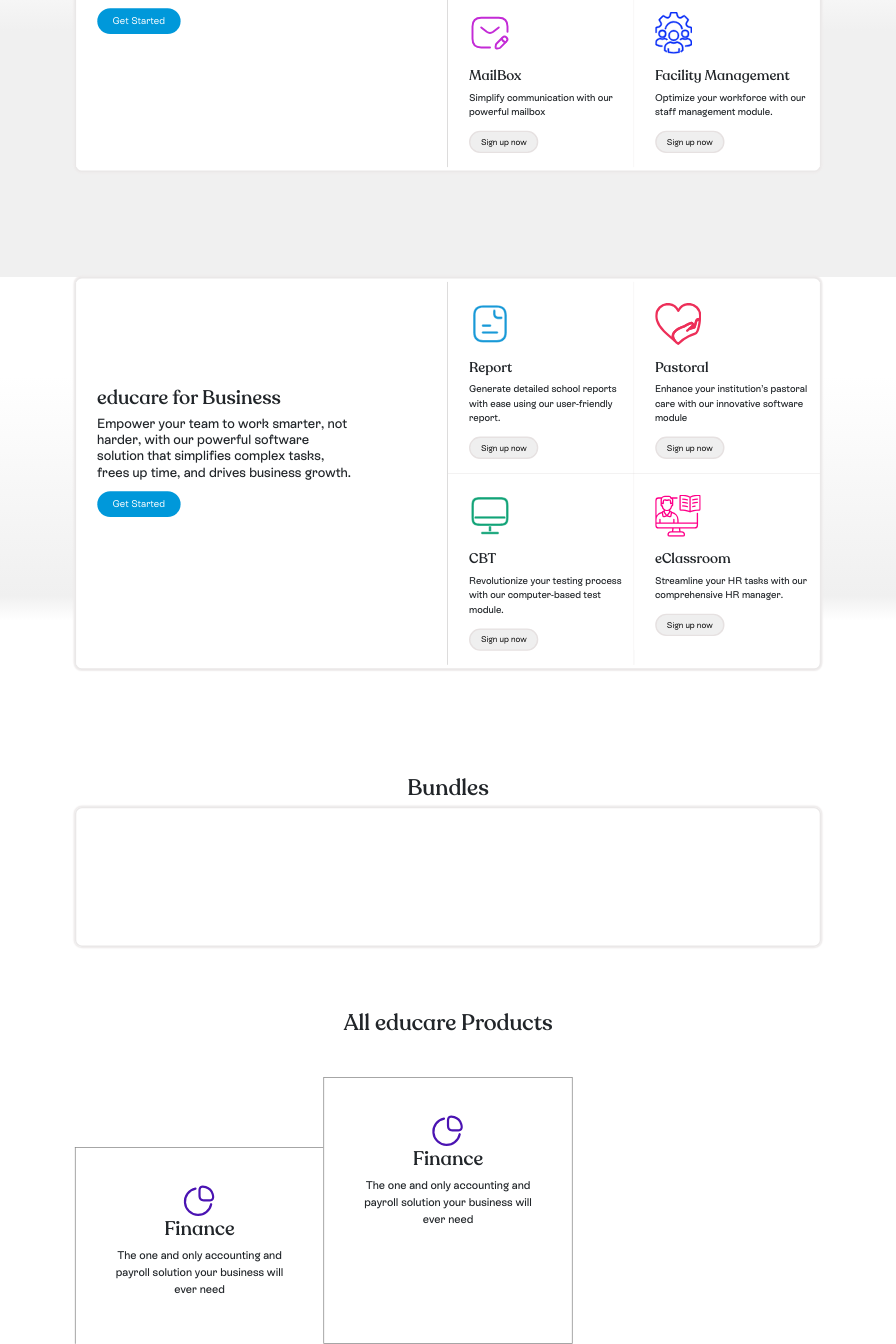
Repository: sarahnnanyelugo/educare-web
Page: /
These files come from the project's save history. The page is drawn as it stood at one moment and after the next save; the edit follows.
The browser window is 1280 px wide. The pictures show the part of the page from y = 1494 to 3414 px (the page is 3414 px tall), at 70% of full size.
The project was rebuilt for these pictures with package versions that can differ from the ones it lists, and the page was loaded fresh each time.

Above is the page before, as saved 2023-04-05 10:18:57.

### src/App.jsx
import React from "react";
import logo from "./logo.svg";
import "./App.scss";
import "bootstrap/dist/css/bootstrap.min.css";
import { BrowserRouter, Routes, Route, Link, Outlet } from "react-router-dom";
import NavBar from "./components/NavBar/NavBar";
import { Home } from "./pages/Home/Home";

function App() {
  return (
    <>
      {" "}
      <NavBar />
      <Routes>
        <Route path="/" element={<Home />} />
      </Routes>
    </>
  );
}

export default App;

### src/App.scss
@font-face {
  font-family: rebondG;
  src: url(./assets/fonts/Rebond_font/RebondG.otf);
}
@font-face {
  font-family: rebondG-Bold;
  src: url(./assets/fonts/Rebond_font/RebondG-Bold.otf);
}
@font-face {
  font-family: rebondG-Medium;
  src: url(./assets/fonts/Rebond_font/RebondGrotesqueMedium.otf);
}

@font-face {
  font-family: recoMedium;
  src: url(./assets/fonts/Recoleto-font/RecoletaAlt-Medium.ttf);
}

h1,
h2,
h3,
h4,
h5,
h6 {
  font-family: recoMedium;
}
p {
  font-family: rebondG-Medium;
}
@media screen and (min-width: 620px) {
  .flexy {
    display: flex;
  }
}

### src/components/NavBar/NavBar.tsx
import React from "react";
import Logo from "../../assets/images/educare-logo.png";
import { Link, NavLink } from "react-router-dom";
import "./_navbar.scss";

function NavBar() {
  return (
    <div className="navbar-container">
      <div className="logo-holder  ">
        {" "}
        <Link to={"/"}>
          {" "}
          <img className="   logo" src={Logo} alt="Scholar" />
        </Link>
      </div>
      <ul className=" list-inline list-unstyled nav-links-container">
        <li className="list-inline-item">
          <NavLink to={""} className="nav-links">
            Solutions{" "}
            <span>
              <i className="icofont-curved-down"></i>
            </span>
          </NavLink>
        </li>{" "}
        <li className="list-inline-item">
          <NavLink to={""} className="nav-links">
            Resources
          </NavLink>
        </li>{" "}
        <li className="list-inline-item">
          <NavLink to={""} className="nav-links">
            Pricing
          </NavLink>
        </li>{" "}
        <li className="list-inline-item">
          <NavLink to={""} className="nav-links">
            Support
          </NavLink>
        </li>
      </ul>
      <div className="nav-buttons">
        <button className="sign-in-button">Log in</button>
        <button className="get-started-button">Get Started</button>
      </div>
    </div>
  );
}

export default NavBar;

### src/pages/Home/Home.tsx
import React from "react";
import { RandomComponent } from "./RandomComponent/RandomComponent";
import "./_home.scss";
import RedIcon from "../../assets/images/red-dots.svg";
import BlueIcon from "../../assets/images/blue-dots.svg";
import YellowIcon from "../../assets/images/yellow-dots.svg";
import HalfCircle from "../../assets/images/half-circle.svg";
import People from "../../assets/images/people.svg";
import Mail from "../../assets/images/edit.svg";
import People2 from "../../assets/images/people2.svg";
import Pastoral from "../../assets/images/pastoral.svg";
import Chart from "../../assets/images/chart.svg";
import Screen from "../../assets/images/screen.svg";
import Classroom from "../../assets/images/read-book.svg";
import Features from "./Features/Features";
import EducareProducts from "./EducareProducts/EducareProducts";

export const Home = () => {
  return (
    <>
      <div className="col-md-12 modern-solutions-container">
        <center>
          <div className="col-md-6">
            <h1>Modern solution for your Business</h1>
            <p>
              Unlock Your Business’s Potential with Cutting-Edge Software
              Solutions Designed to Streamline Operations, Optimize Performance,
              and Drive Growth.
            </p>
            <button className="gs-button">Get started</button>
            <button className="request-button">Request for a demo</button>
          </div>
        </center>
      </div>
      <div className="col-md-12 actions-container">
        <div className="col-md-4">
          <div className="col-md-9">
            {" "}
            <RandomComponent
              title="Pick your tools"
              icon={RedIcon}
              paragraph=" Unlock Your Business Potential with Cutting-Edge Software  Solutions Designed to Streamline"
            />
          </div>
        </div>
        <div className="col-md-4">
          <div className="col-md-9">
            {" "}
            <RandomComponent
              title="work smart not hard"
              icon={YellowIcon}
              paragraph="Choose from our wide range of tools and select the ones that best fit Your business’s unique needs and goals.”"
            />
          </div>
        </div>
        <div className="col-md-4">
          <div className="col-md-9">
            {" "}
            <RandomComponent
              title="We’ve got your back"
              icon={BlueIcon}
              paragraph="You can count on our support and expertise every step of the way, so you can focus on your business’s growth and success."
            />
          </div>
        </div>
      </div>
      <div className="features-heading">
        <center>
          <h1>Featured Products</h1>
        </center>
      </div>
      <div
        className="col-md-12  flexy features-holder"
        style={{ paddingBottom: "150px" }}
      >
        <div className="col-md-1">&nbsp;</div>
        <div className="col-md-10  features-container flexy">
          <div className="col-md-6 first-container">
            <h3>educare for Business</h3>
            <p>
              Empower your team to work smarter, not harder, with our powerful
              software solution that simplifies complex tasks, frees up time,
              and drives business growth.
            </p>
            <button>Get Started</button>
          </div>
          <div className="col-md-6">
            <div className="col-md-12 flexy">
              {" "}
              <div className="col-md-6 right-features">
                <Features
                  feature="Finance"
                  detail="The one and only accounting and payroll solution your business will ever need"
                  icon={HalfCircle}
                />{" "}
              </div>{" "}
              <div className="col-md-6">
                <Features
                  feature="HR Manager"
                  detail="The one and only accounting and payroll solution your business will ever need"
                  icon={People2}
                />{" "}
              </div>
            </div>
            <div className="col-md-12 flexy second-grid">
              {" "}
              <div className="col-md-6 right-features">
                <Features
                  feature="MailBox"
                  detail="Simplify communication with our powerful mailbox"
                  icon={Mail}
                />{" "}
              </div>{" "}
              <div className="col-md-6">
                <Features
                  feature="Facility Management"
                  detail="Optimize your workforce with our staff management module."
                  icon={People}
                />{" "}
              </div>
            </div>
          </div>
        </div>
      </div>{" "}
      <div className="col-md-12  flexy features-holder2">
        <div className="col-md-1">&nbsp;</div>
        <div className="col-md-10  features-container flexy ">
          <div className="col-md-6 first-container">
            <h3>educare for Business</h3>
            <p>
              Empower your team to work smarter, not harder, with our powerful
              software solution that simplifies complex tasks, frees up time,
              and drives business growth.
            </p>
            <button>Get Started</button>
          </div>
          <div className="col-md-6">
            <div className="col-md-12 flexy">
              {" "}
              <div className="col-md-6 right-features">
                <Features
                  feature="Report"
                  detail="Generate detailed school reports with ease using our user-friendly report."
                  icon={Chart}
                />{" "}
              </div>{" "}
              <div className="col-md-6">
                <Features
                  feature="Pastoral"
                  detail="Enhance your institution’s pastoral care with our innovative software module"
                  icon={Pastoral}
                />{" "}
              </div>
            </div>
            <div className="col-md-12 flexy second-grid">
              {" "}
              <div className="col-md-6 right-features">
                <Features
                  feature="CBT"
                  detail="Revolutionize your testing process with our computer-based test module."
                  icon={Screen}
                />{" "}
              </div>{" "}
              <div className="col-md-6">
                <Features
                  feature="eClassroom"
                  detail="Streamline your HR tasks with our comprehensive HR manager."
                  icon={Classroom}
                />{" "}
              </div>
            </div>
          </div>
        </div>
      </div>
      <center className="mt">
        <h2>Bundles</h2>
      </center>
      <div className="col-md-12 bundles-container flexy">
        <div className="col-md-1">&nbsp;</div>
        <div className="col-md-10 bundles"></div>
      </div>
      <center className="mt9">
        <h2>All educare Products</h2>
      </center>
      <div className="col-md-12 flexy">
        <div className="col-md-1">&nbsp;</div>
        <div className="col-md-10  flexy products-container">
          <div className="col-md-4 first-product-column">
            <EducareProducts
              productName="Finance"
              productDetail="The one and only accounting and payroll solution your business will ever need"
              productIcon={HalfCircle}
            />
          </div>{" "}
          <div className="col-md-4 second-product-column">
            <EducareProducts
              productName="Finance"
              productDetail="The one and only accounting and payroll solution your business will ever need"
              productIcon={HalfCircle}
            />
          </div>
        </div>
      </div>
    </>
  );
};

### src/components/NavBar/_navbar.scss
@import "../../variables";
@import "../../shared-styles";

.navbar-container {
  background: inherit;
  padding: 5px 80px;
  display: flex;

  .logo-holder {
    flex-grow: 1;
  }
  .nav-links-container {
    flex-grow: 1;
    margin-top: 20px;
    .nav-links {
      margin: 20px;
      color: #6f6f71;
      text-decoration: none;
      font-family: rebondG-Bold;
    }
    li {
      padding: 3px 0px;
      border-radius: 35px;
      transition: 0.5s ease;
      &:hover {
        background: rgb(224, 222, 222) !important;

        border: solid 1px grey;
      }
    }
  }
  .nav-buttons {
    .get-started-button {
      @include get-started-button;
      margin-left: 10px;
      margin-top: 20px;
    }
    .sign-in-button {
      @include login-or-signup-button;
      margin-top: 20px;
    }
  }
}

### src/pages/Home/RandomComponent/RandomComponent.tsx
import React from "react";
import "./_random-component.scss";
export interface RandomComponentProps {
  title: string;
  paragraph: string;
  icon: string;
}
export const RandomComponent = (props: RandomComponentProps) => {
  return (
    <div className="col-md-12 random-container">
      <div className="heading">
        {" "}
        <img className="" src={props.icon} alt="Scholar" width="100%" />
        <h3>{props.title}</h3>
      </div>
      <p>{props.paragraph}</p>
    </div>
  );
};

### src/pages/Home/_home.scss
@import "../../variables";
@import "../../shared-styles";

.modern-solutions-container {
  padding-top: 80px;
  padding-bottom: 150px;
  background: rgb(240, 240, 240);
  background: linear-gradient(
    0deg,
    rgba(240, 240, 240, 1) 51%,
    rgba(255, 255, 255, 1) 67%
  );

  h1 {
    font-family: recoMedium;
  }
  p {
    font-family: rebondG-Medium;
    font-size: 20px;
    margin-top: 15px;
  }
  .gs-button {
    @include get-started-button;
  }
  .request-button {
    @include login-or-signup-button;
    margin-left: 5px;
  }
}
.actions-container {
  background: $lightblue;
  height: fit-content;
  display: flex;
  padding: 80px 100px;
}
.features-heading {
  margin-top: 170px;
  margin-bottom: 90px;
}
.features-container {
  border: solid 2px rgb(234, 232, 232);
  box-shadow: 0 0 2px 2px rgb(238, 235, 235);
  border-radius: 10px !important;
  height: fit-content;
  // margin-top: 20px;
  padding-bottom: 5px;
  padding-top: 5px;
  background: #fff;
  .first-container {
    padding-right: 130px;
    background: #fff;
    padding-left: 30px;
    border-right: solid 1px rgb(206, 205, 205);
    h3 {
      margin-top: 150px;
    }
    p {
      font-size: 19px;
      line-height: 23px;
    }
    button {
      @include get-started-button;
      margin-bottom: 120px;
    }
  }
  .second-grid {
    border-top: solid 1px rgb(231, 228, 228);
    // box-shadow: 0 0 1px 1px rgb(238, 235, 235);
  }
  .right-features {
    // box-shadow: 0 0 1px 1px rgb(238, 235, 235);
    border-right: solid 1px rgb(231, 228, 228);
  }
}
.features-holder {
  background: rgb(240, 240, 240);
  background: linear-gradient(
    0deg,
    rgba(240, 240, 240, 1) 51%,
    rgba(255, 255, 255, 1) 67%
  );
}
.features-holder2 {
  background: rgb(255, 255, 255);
  background: linear-gradient(
    0deg,
    rgba(255, 255, 255, 1) 31%,
    rgba(240, 240, 240, 1) 36%,
    rgba(255, 255, 255, 1) 80%
  );
  padding-bottom: 150px;
}
.bundles {
  border: solid 2px rgb(234, 232, 232);
  box-shadow: 0 0 2px 2px rgb(238, 235, 235);
  border-radius: 10px !important;
  height: 200px;
  // margin-top: 20px;
  padding-bottom: 5px;
  padding-top: 5px;
}
.products-container {
  .first-product-column {
    padding: 50px 40px;
    background: #ffff;
    border-top: solid 1px grey;
    border-left: solid 1px grey;
    margin-top: 150px;
  }
  .second-product-column {
    padding: 50px 40px;
    background: #ffff;
    border: solid 1px grey;

    margin-top: 50px;
  }
  .third-product-column {
    padding: 50px 40px;
    background: #ffff;
    border-top: solid 1px grey;
    border-right: solid 1px grey;
    margin-top: 150px;
  }
}

### src/pages/Home/Features/Features.tsx
import React from "react";
import "./_features.scss";
export interface featuresProps {
  feature: string;
  detail: string;
  icon: string;
}
export const Features = (props: featuresProps) => {
  return (
    <>
      <div className="col-md-12 features">
        <img className="" src={props.icon} alt="Scholar" />
        <h5>{props.feature}</h5>
        <p>{props.detail}</p>
        <button>Sign up now</button>
      </div>
    </>
  );
};

export default Features;

### src/pages/Home/EducareProducts/EducareProducts.tsx
import React from "react";
import './educare-products.scss'
export interface ProductComponentProps {
  productName: string;
  productDetail: string;
  productIcon: string;
}
export const EducareProducts = (props: ProductComponentProps) => {
  return (
    <>
      <div className="col-md-12 educare-products">
        <center>
          <img
            className=""
            src={props.productIcon}
            alt="Scholar"
            width="100%"
          />
          <h3>{props.productName}</h3>
          <p>{props.productDetail}</p>
        </center>
      </div>
    </>
  );
};

export default EducareProducts;

### src/_variables.scss
$blue: #0098da;
$lightblue: #e1f2fa;

@mixin get-started-button {
  background-color: $blue;
  color: #fff;
  border-radius: 35px;
  border: none;
  padding: 8px 22px;
  font-size: 14px;
  font-family: rebondG;
  &:hover {
    background: #005b83;
    transition: 0.5s ease;
  }
}
@mixin login-or-signup-button {
  baclground: #fff;
  color: black;
  border-radius: 20px;
  padding: 5px 15px;
  font-size: 12px;
  border: none;
  border: solid 2px rgb(230, 225, 225);
  font-family: rebondG;
  &:hover {
    background: grey;
    transition: 0.5s ease;
  }
}

### src/_shared-styles.scss
.mt1 {
  margin-top: 10px;
}
.mt2 {
  margin-top: 20px;
}
.mt3 {
  margin-top: 30px;
}
.mt4 {
  margin-top: 40px;
}
.mt5 {
  margin-top: 50px;
}
.mt6 {
  margin-top: 60px;
}
.mt7 {
  margin-top: 70px;
}
.mt8 {
  margin-top: 80px;
}
.mt9 {
  margin-top: 90px;
}

### src/pages/Home/RandomComponent/_random-component.scss
.random-container {
  img {
    width: 20px;
    // margin-right: 10px;
  }
  .heading {
    display: flex;
    h3 {
      font-family: recoMedium;
      margin-left: 10px;
    }
  }
  p {
    font-family: rebondG-Medium;
    margin-left: 30px;
    font-size: 17px;
  }
}

### src/pages/Home/Features/_features.scss
@import "../../../variables";
@import "../../../shared-styles";

.features {
  padding-left: 30px;
  height: fit-content;
  padding-bottom: 20px;
  background: #fff;
  img {
    height: 60px;
    margin-left: 0 !important;
    margin-top: 30px;
    margin-bottom: 20px;
  }
  button {
    @include login-or-signup-button;
    // margin-bottom: 50px;
  }
  p {
    font-size: 14px;
  }
}

### src/pages/Home/EducareProducts/educare-products.scss
.educare-products {
  img {
    height: 50px;
  }
}

Loaded but not shown: public/index.html (common file); src/index.tsx (common file); src/index.css (common file); src/reportWebVitals.ts (common file)

After the next save:
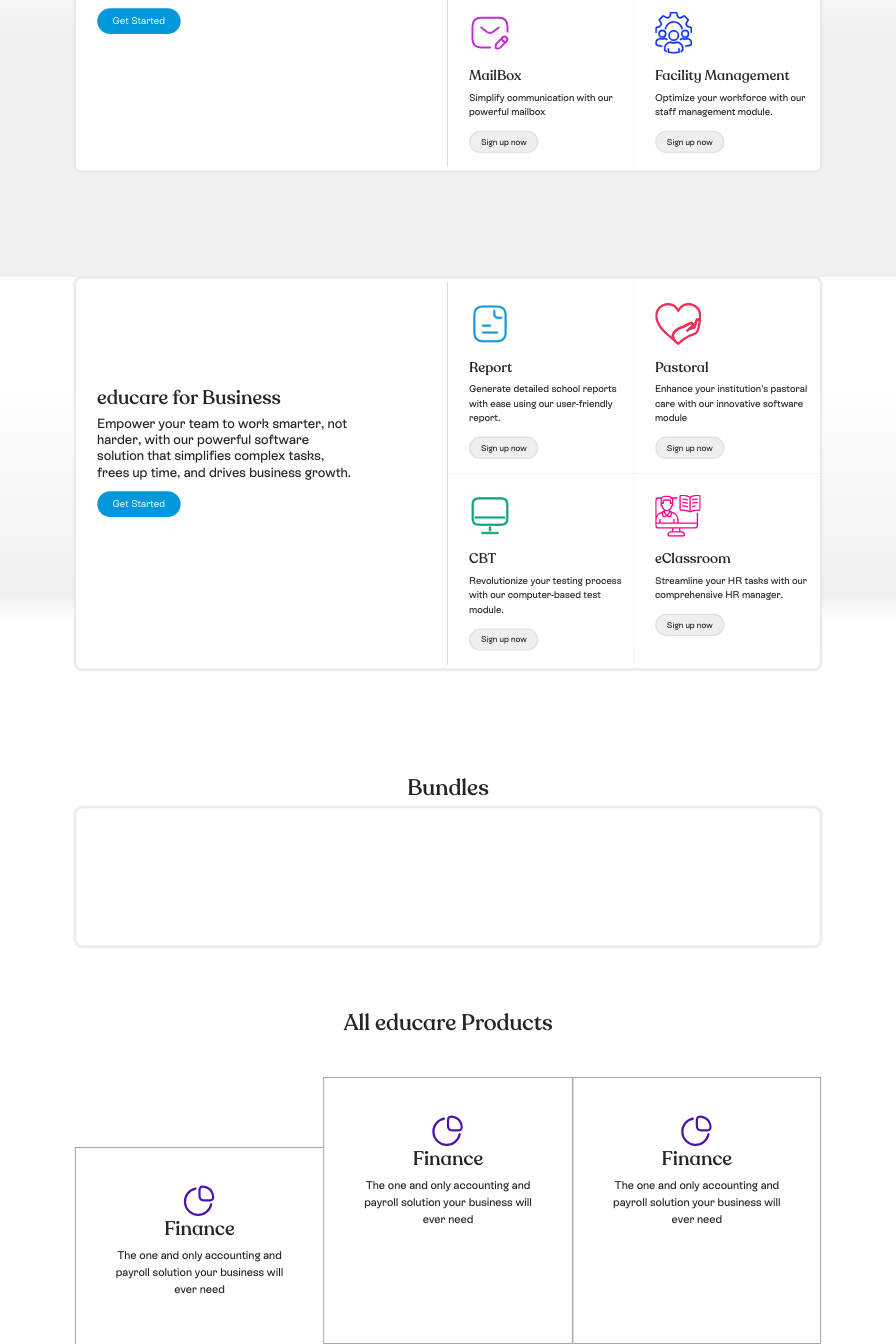
Saved 17 s later.
--- a/src/pages/Home/Home.tsx
+++ b/src/pages/Home/Home.tsx
@@ -199,6 +199,13 @@
               productIcon={HalfCircle}
             />
           </div>
+          <div className="col-md-4 second-product-column">
+            <EducareProducts
+              productName="Finance"
+              productDetail="The one and only accounting and payroll solution your business will ever need"
+              productIcon={HalfCircle}
+            />
+          </div>
         </div>
       </div>
     </>
